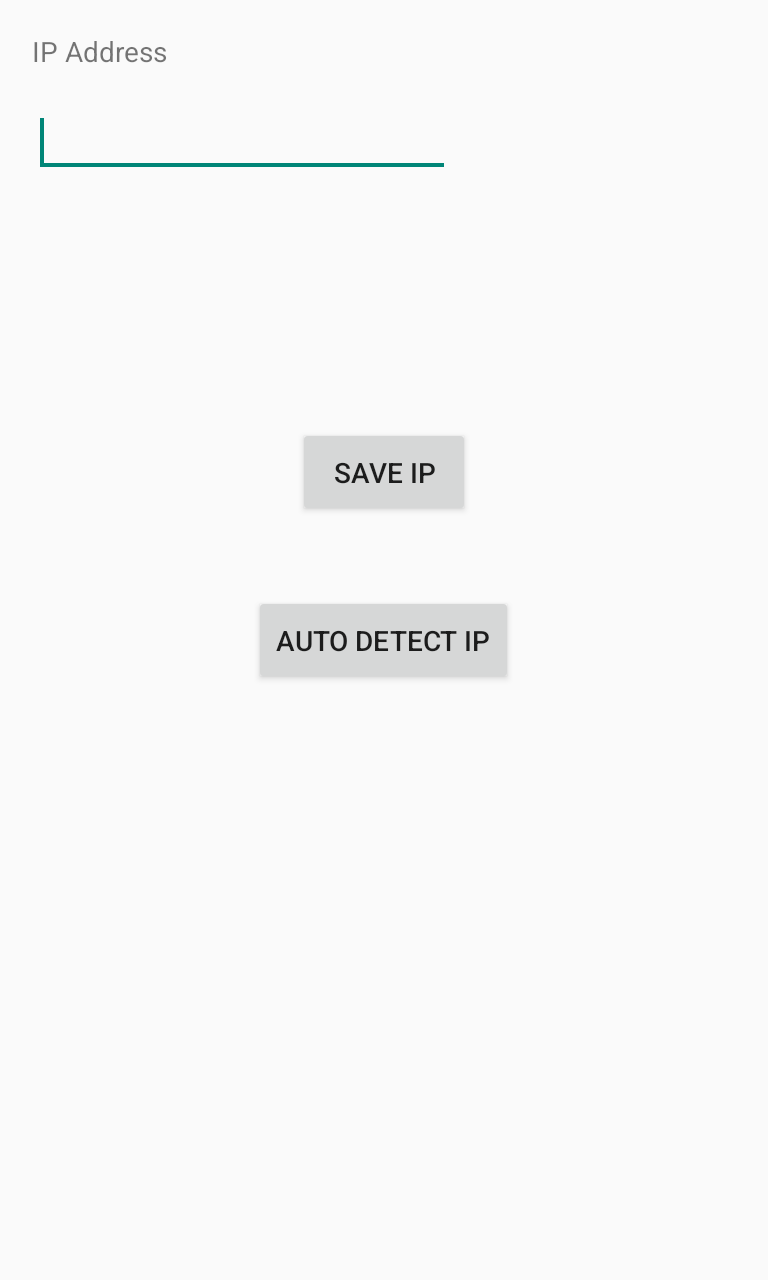
Repository: mariusz-pazur/android
Layout: HomeAtionClient/res/layout/fragment_settings.xml
The author's editor kept a copy of each file at every save. The layout is drawn from the files as they stood at one save, then again after the next save.
It is drawn on a 768 x 1280 px phone screen (xhdpi) without system bars, with theme AppTheme; the app's code is not run.

Above is the layout before, as saved 2014-06-06 09:27:44.

After the next save:
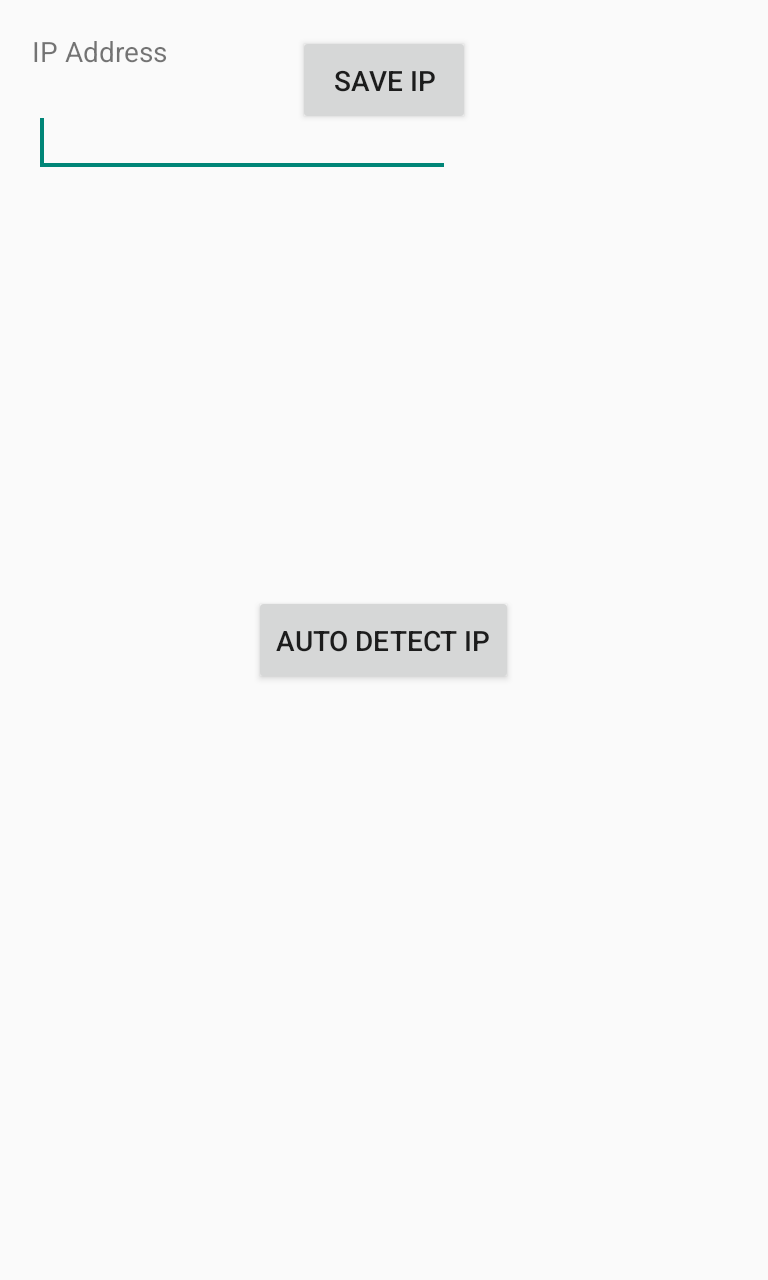
Saved 18 s later.
--- a/HomeAtionClient/res/layout/fragment_settings.xml
+++ b/HomeAtionClient/res/layout/fragment_settings.xml
@@ -28,7 +28,7 @@
     </EditText>
 
     <Button
-        android:id="@+id/button_autodetect1"
+        android:id="@+id/button_autodetect"
         android:layout_width="wrap_content"
         android:layout_height="wrap_content"
         android:layout_centerHorizontal="true"

After the save that followed:
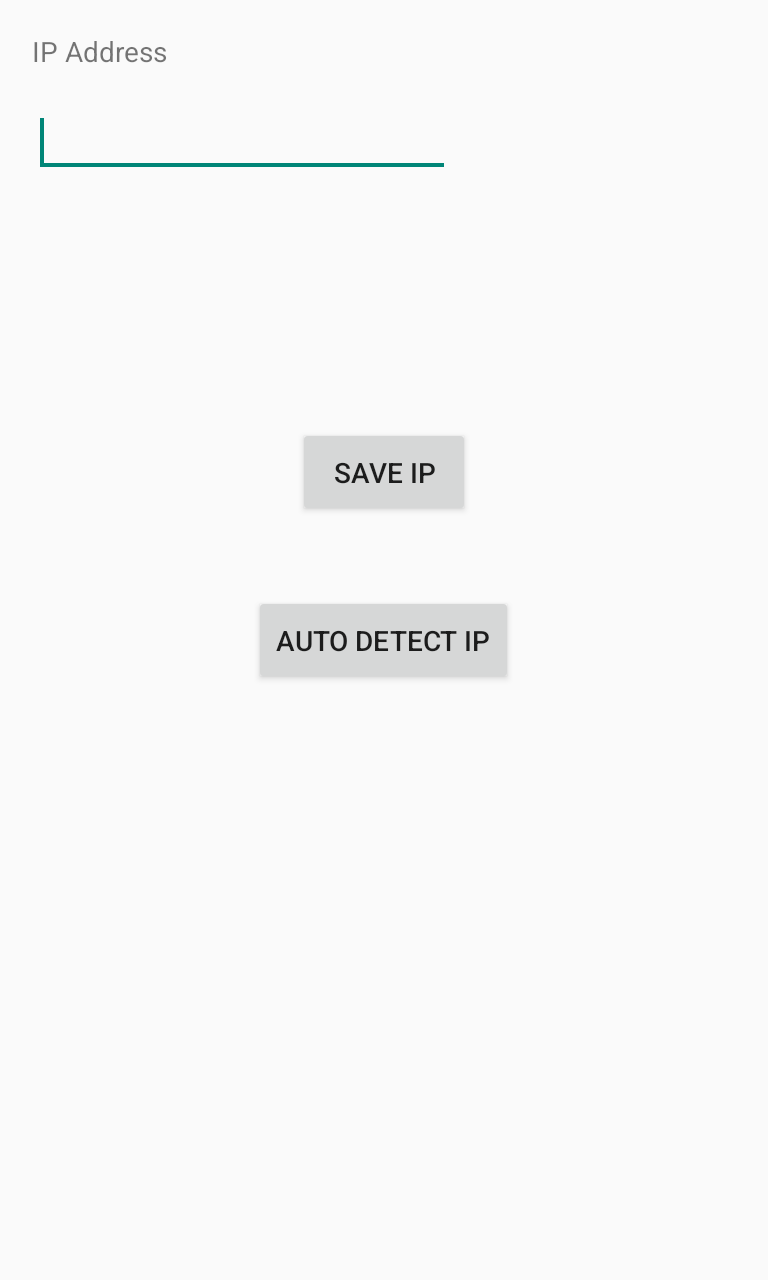
Saved 8 s later.
--- a/HomeAtionClient/res/layout/fragment_settings.xml
+++ b/HomeAtionClient/res/layout/fragment_settings.xml
@@ -39,7 +39,7 @@
         android:id="@+id/button_savesettings"
         android:layout_width="wrap_content"
         android:layout_height="wrap_content"
-        android:layout_above="@+id/button_autodetect1"
+        android:layout_above="@+id/button_autodetect"
         android:layout_centerHorizontal="true"
         android:layout_marginBottom="36dp"
         android:text="@string/button_savesettings" />
